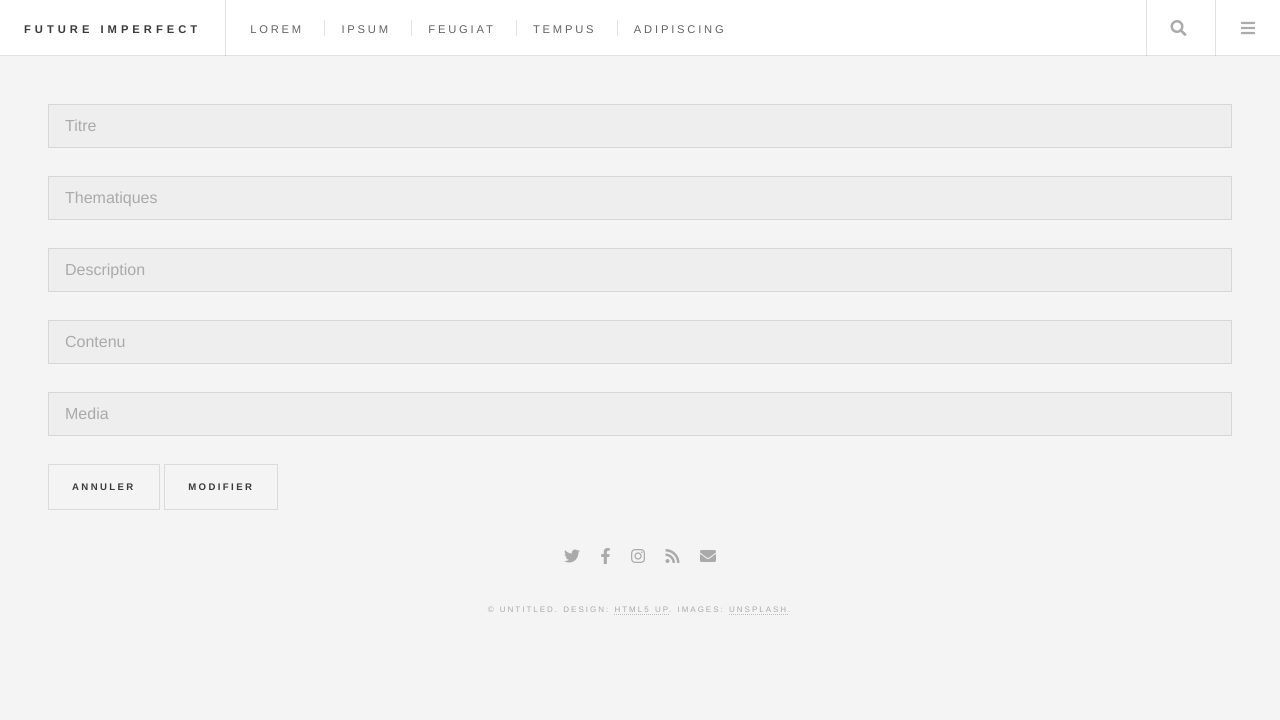
Repository: b0b1n/front-mini-wiki
Page: http://localhost/Mini-Wiki/view/ModifierPage.jsp
An editor plug-in stored every save of this project. The page is shown before and after the next save, followed by the edit.
The browser window is 1280 px wide. The pictures show the whole page.
Some web fonts or font styles are not loaded; a fallback is used. The page is served by Tomcat 10.

Above is the page before, as saved 2022-05-06 01:04:28.

After the next save:
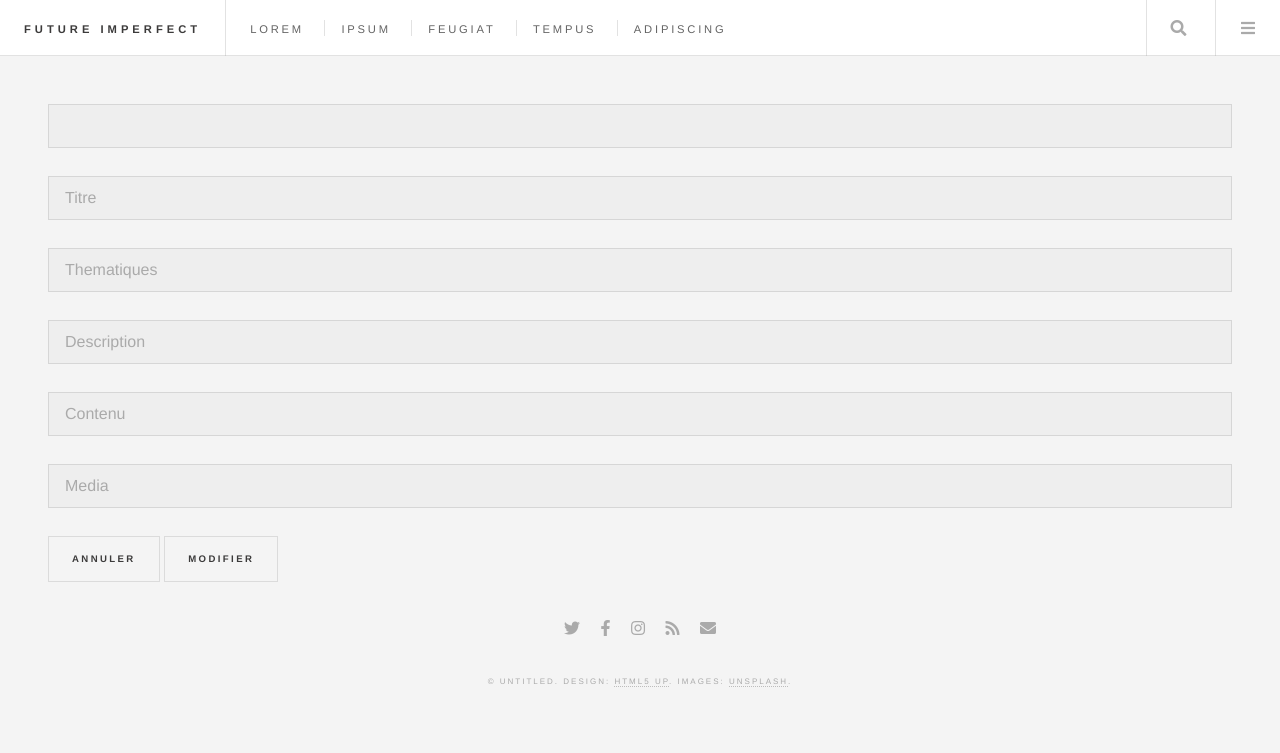
Saved 2 min 26 s later.
--- a/Mini-Wiki/src/main/webapp/view/ModifierPage.jsp
+++ b/Mini-Wiki/src/main/webapp/view/ModifierPage.jsp
@@ -101,7 +101,7 @@
 
 							<form  action="edit" method="post" >
 
-
+							<input type=text name=id  /></br>
 							<input type=text name=Titre placeholder="Titre"/><br>
 							<input type=text name=Thematique placeholder="Thematiques" /><br>
 							<input type=text name=Description placeholder="Description"  /><br>
